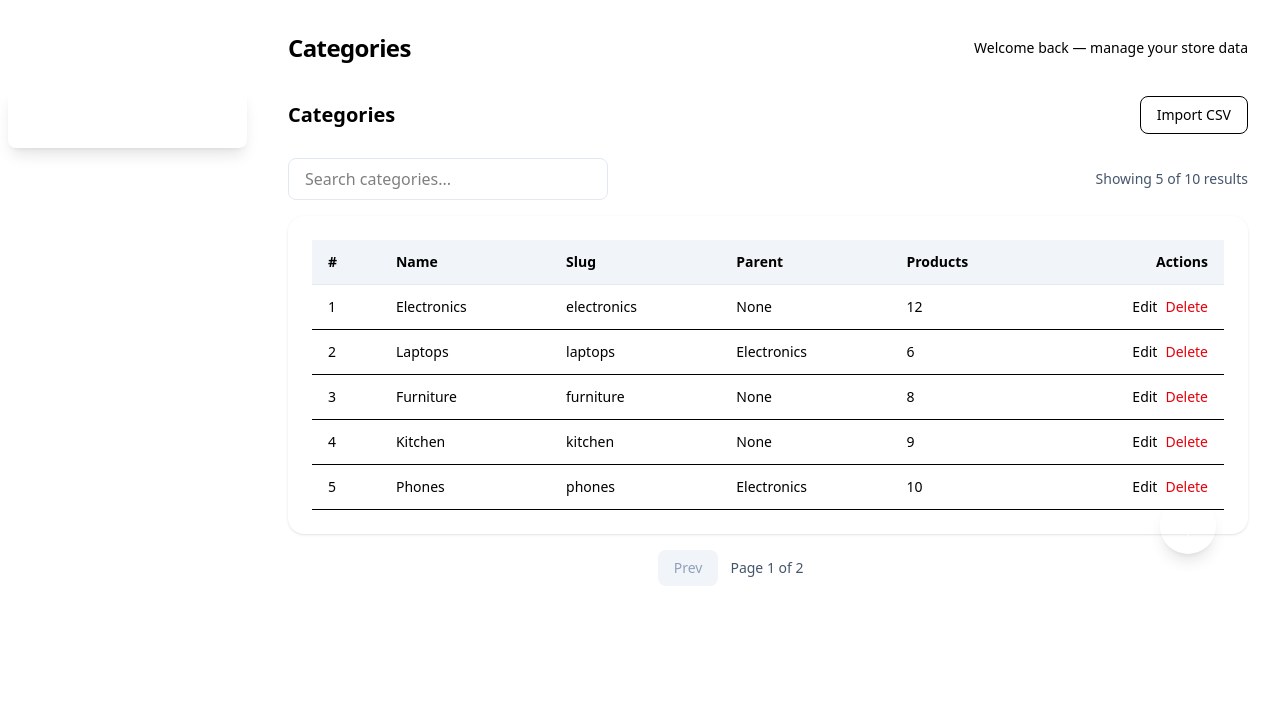
Repository: Ndegwa2/MulistorePOS
Page: /
An editor plug-in stored every save of this project. The page is shown before and after the next save, followed by the edit.
The browser window is 1280 px wide. The pictures show the whole page.
The project was rebuilt for these pictures with package versions that can differ from the ones it lists, and the page was loaded fresh each time. Also part of the build but not shown: vite.config.js, Frontend/EditModal.jsx, Frontend/DeleteConfirm.jsx, Frontend/subcategory.jsx, Frontend/brand.jsx, Frontend/productPanel.jsx, Frontend/stockPanel.jsx, Frontend/salesPanel.jsx and 5 more.

Above is the page before, as saved 2025-10-03 20:37:01.

### index.html
<!DOCTYPE html>
<html lang="en">
  <head>
    <meta charset="UTF-8" />
    <link rel="icon" type="image/svg+xml" href="/vite.svg" />
    <meta name="viewport" content="width=device-width, initial-scale=1.0" />
    <title>Multistore POS</title>
  </head>
  <body class="bg-secondary text-text">
    <div id="root"></div>
    <script type="module" src="/Frontend/main.jsx"></script>
  </body>
</html>

### Frontend/main.jsx
import React from 'react'
import ReactDOM from 'react-dom/client'
import './index.css'
import Dashboard from './dashboaord'

ReactDOM.createRoot(document.getElementById('root')).render(
  <React.StrictMode>
    <Dashboard />
  </React.StrictMode>,
)

### Frontend/dashboaord.jsx
import React, { useState } from "react";
import { Folder, Layers, Tag, Settings, LogOut, ChevronLeft, ChevronRight, Menu } from "lucide-react";

// Assume these exist in your project
import CategoryPanel from "./categoryPanel";
import SubCategoryPanel from "./subcategory";
import BrandPanel from "./brand";
import ProductPanel from "./productPanel";
import StockPanel from "./stockPanel";
import SalesPanel from "./salesPanel";
import AccountingPanel from "./accountingPanel";
import ReportsPanel from "./reportsPanel";
import QuotationsPanel from "./quotationsPanel";
import TransfersPanel from "./transfersPanel";
import UsersPanel from "./usersPanel";

const NAV = [
  { key: "categories", label: "Categories", icon: Folder },
  { key: "subcategories", label: "Subcategories", icon: Layers },
  { key: "brands", label: "Brands", icon: Tag },
  { key: "products", label: "Products", icon: Folder },
  { key: "stock", label: "Stock", icon: Layers },
  { key: "sales", label: "Sales", icon: Tag },
  { key: "accounting", label: "Accounting", icon: Folder },
  { key: "reports", label: "Reports", icon: Tag },
  { key: "quotations", label: "Quotations", icon: Folder },
  { key: "transfers", label: "Transfers", icon: Layers },
  { key: "users", label: "Users", icon: Tag },
];

export default function Dashboard() {
  const [active, setActive] = useState("categories");
  const [sidebarCollapsed, setSidebarCollapsed] = useState(false);

  // small helper for rendering the active panel
  function renderPanel() {
    if (active === "categories") return <CategoryPanel />;
    if (active === "subcategories") return <SubCategoryPanel />;
    if (active === "brands") return <BrandPanel />;
    if (active === "products") return <ProductPanel />;
    if (active === "stock") return <StockPanel />;
    if (active === "sales") return <SalesPanel />;
    if (active === "accounting") return <AccountingPanel />;
    if (active === "reports") return <ReportsPanel />;
    if (active === "quotations") return <QuotationsPanel />;
    if (active === "transfers") return <TransfersPanel />;
    if (active === "users") return <UsersPanel />;
    return <CategoryPanel />;
  }

  return (
    <div className="min-h-screen bg-background text-text flex">
      {/* Sidebar */}
      <aside
        className={`fixed left-0 top-0 h-screen bg-sidebar text-white border-r border-sidebar/20
                   flex flex-col justify-between transition-all duration-300 ${
                     sidebarCollapsed ? 'w-16' : 'w-64'
                   }`}
        aria-label="Sidebar"
      >
        <div>
          {/* Logo / Title and Collapse Toggle */}
          <div className="px-4 py-6 flex items-center justify-between">
            {!sidebarCollapsed && <div className="text-sm font-semibold">Multistore POS</div>}
            <button
              onClick={() => setSidebarCollapsed(!sidebarCollapsed)}
              className="p-1 rounded-md hover:bg-sidebar/20 transition-colors"
            >
              {sidebarCollapsed ? <ChevronRight className="w-4 h-4" /> : <ChevronLeft className="w-4 h-4" />}
            </button>
          </div>

          {/* Nav */}
          <nav className="mt-4 px-2" aria-label="Main navigation">
            {NAV.map((n) => {
              const Icon = n.icon;
              const isActive = active === n.key;
              return (
                <button
                  key={n.key}
                  onClick={() => setActive(n.key)}
                  className={`group w-full flex items-center gap-3 px-4 py-3 my-1 rounded-lg text-left
                              transition-all duration-200 hover:scale-105
                              ${isActive ? "bg-primary text-white shadow-lg shadow-primary/25" : "hover:bg-sidebar/20 text-white/80"}`}
                  aria-current={isActive ? "page" : undefined}
                >
                  <div className={`p-2 rounded-md ${isActive ? "bg-white/20" : "bg-transparent"}`}>
                    <Icon className="w-5 h-5 transition-colors" />
                  </div>
                  {!sidebarCollapsed && <span className="flex-1">{n.label}</span>}
                  {/* subtle chevron or count placeholder (optional) */}
                </button>
              );
            })}
          </nav>
        </div>

        {/* bottom area */}
        <div className="px-4 pb-6">
          <div className="border-t border-sidebar/20 pt-4 flex flex-col gap-2">
            <button className="flex items-center gap-3 px-3 py-2 rounded-lg hover:bg-sidebar/20 text-white/80 hover:text-white transition-all hover:scale-105">
              <Settings className="w-4 h-4" />
              {!sidebarCollapsed && <span className="text-sm">Settings</span>}
            </button>
            <button className="flex items-center gap-3 px-3 py-2 rounded-lg hover:bg-sidebar/20 text-white/80 hover:text-white transition-all hover:scale-105">
              <LogOut className="w-4 h-4" />
              {!sidebarCollapsed && <span className="text-sm">Logout</span>}
            </button>
          </div>
        </div>
      </aside>

      {/* Main content */}
      <main className="flex-1 ml-64 bg-secondary min-h-screen text-text p-8">
        {/* Top header (shows active panel name) */}
        <header className="mb-6">
          <div className="flex items-center justify-between">
            <h2 className="text-2xl font-semibold tracking-tight">
              {NAV.find((n) => n.key === active)?.label}
            </h2>
            <div className="text-sm text-text">Welcome back — manage your store data</div>
          </div>
        </header>

        {/* Content area with simple fade/slide animation */}
        <section
          key={active} /* remounts on active change to trigger transition */
          className="transition duration-300 ease-out transform opacity-0 translate-y-2 animate-fade-in"
          style={{ animationFillMode: "forwards", animationDuration: "220ms" }}
        >
          <div className="bg-transparent">
            {renderPanel()}
          </div>
        </section>
      </main>

      {/* small global styles for the fade-in animation (Tailwind can't define keyframes inline) */}
      <style>{`
        @keyframes fadeIn {
          from { opacity: 0; transform: translateY(6px); }
          to { opacity: 1; transform: translateY(0); }
        }
        .animate-fade-in {
          animation-name: fadeIn;
        }
      `}</style>
    </div>
  );
}

### Frontend/categoryPanel.jsx
import React, { useState } from "react";
import EditModal from "./EditModal";
import DeleteConfirm from "./DeleteConfirm";

export default function CategoryPanel() {
  const [categories, setCategories] = useState([
    { id: 1, name: "Electronics", slug: "electronics", parent: "None", count: 12 },
    { id: 2, name: "Laptops", slug: "laptops", parent: "Electronics", count: 6 },
    { id: 3, name: "Furniture", slug: "furniture", parent: "None", count: 8 },
    { id: 4, name: "Kitchen", slug: "kitchen", parent: "None", count: 9 },
    { id: 5, name: "Phones", slug: "phones", parent: "Electronics", count: 10 },
    { id: 6, name: "Accessories", slug: "accessories", parent: "Electronics", count: 4 },
    { id: 7, name: "Chairs", slug: "chairs", parent: "Furniture", count: 7 },
    { id: 8, name: "Tables", slug: "tables", parent: "Furniture", count: 5 },
    { id: 9, name: "Home Decor", slug: "home-decor", parent: "None", count: 11 },
    { id: 10, name: "Audio", slug: "audio", parent: "Electronics", count: 3 },
  ]);

  const [showModal, setShowModal] = useState(false);
  const [newCategory, setNewCategory] = useState({ name: "", slug: "", parent: "", description: "" });
  const [searchTerm, setSearchTerm] = useState("");
  const [currentPage, setCurrentPage] = useState(1);
  const itemsPerPage = 5;

  const [showEditModal, setShowEditModal] = useState(false);
  const [editingItem, setEditingItem] = useState(null);
  const [showDeleteConfirm, setShowDeleteConfirm] = useState(false);
  const [deletingItem, setDeletingItem] = useState(null);

  // Derived filtered categories
  const filtered = categories.filter(
    (c) =>
      c.name.toLowerCase().includes(searchTerm.toLowerCase()) ||
      c.slug.toLowerCase().includes(searchTerm.toLowerCase())
  );

  // Pagination logic
  const totalPages = Math.ceil(filtered.length / itemsPerPage);
  const paginated = filtered.slice((currentPage - 1) * itemsPerPage, currentPage * itemsPerPage);

  const handleAdd = () => setShowModal(true);

  const handleSave = () => {
    if (newCategory.name.trim() === "") return;
    setCategories([...categories, { ...newCategory, id: Date.now(), count: 0 }]);
    setNewCategory({ name: "", slug: "", parent: "", description: "" });
    setShowModal(false);
  };

  const handleSearch = (e) => {
    setSearchTerm(e.target.value);
    setCurrentPage(1);
  };

  const handleEdit = (item) => {
    setEditingItem(item);
    setShowEditModal(true);
  };

  const handleEditSave = (updated) => {
    setCategories(categories.map(c => c.id === updated.id ? updated : c));
    setShowEditModal(false);
  };

  const handleDelete = (item) => {
    setDeletingItem(item);
    setShowDeleteConfirm(true);
  };

  const handleDeleteConfirm = () => {
    setCategories(categories.filter(c => c.id !== deletingItem.id));
    setShowDeleteConfirm(false);
  };

  return (
    <div className="text-text font-sans">
      {/* Header */}
      <div className="flex flex-col sm:flex-row justify-between sm:items-center mb-6 gap-3">
        <h2 className="text-xl font-semibold">Categories</h2>
        <div className="flex gap-3">
          <button
            className="bg-primary text-white px-4 py-2 rounded-lg hover:bg-slate-700 text-sm"
            onClick={handleAdd}
          >
            + New Category
          </button>
          <button className="border border-primary text-primary px-4 py-2 rounded-lg hover:bg-slate-100 text-sm">
            Import CSV
          </button>
        </div>
      </div>

      {/* Search */}
      <div className="mb-4 flex justify-between items-center flex-wrap gap-3">
        <input
          type="text"
          placeholder="Search categories..."
          value={searchTerm}
          onChange={handleSearch}
          className="w-full sm:w-1/3 bg-white text-text px-4 py-2 rounded-lg border border-slate-200 focus:ring-2 focus:ring-primary outline-none"
        />
        <span className="text-sm text-slate-600">
          Showing {paginated.length} of {filtered.length} results
        </span>
      </div>

      {/* Table */}
      <div className="bg-white rounded-2xl shadow p-6 overflow-x-auto">
        <table className="w-full text-left border-collapse text-sm">
          <thead className="bg-slate-100 border-b border-slate-200">
            <tr>
              <th className="py-3 px-4">#</th>
              <th className="py-3 px-4">Name</th>
              <th className="py-3 px-4">Slug</th>
              <th className="py-3 px-4">Parent</th>
              <th className="py-3 px-4">Products</th>
              <th className="py-3 px-4 text-right">Actions</th>
            </tr>
          </thead>
          <tbody>
            {paginated.map((cat, idx) => (
              <tr key={cat.id} className="border-b hover:bg-slate-50">
                <td className="py-3 px-4">{(currentPage - 1) * itemsPerPage + idx + 1}</td>
                <td className="py-3 px-4">{cat.name}</td>
                <td className="py-3 px-4">{cat.slug}</td>
                <td className="py-3 px-4">{cat.parent}</td>
                <td className="py-3 px-4">{cat.count}</td>
                <td className="py-3 px-4 text-right space-x-2">
                  <button
                    onClick={() => handleEdit(cat)}
                    className="text-primary hover:underline"
                  >
                    Edit
                  </button>
                  <button
                    onClick={() => handleDelete(cat)}
                    className="text-red-600 hover:underline"
                  >
                    Delete
                  </button>
                </td>
              </tr>
            ))}
          </tbody>
        </table>
      </div>

      {/* Pagination Controls */}
      <div className="flex justify-center gap-3 mt-4">
        <button
          disabled={currentPage === 1}
          onClick={() => setCurrentPage(currentPage - 1)}
          className={`px-4 py-2 rounded-lg text-sm ${
            currentPage === 1 ? "bg-slate-100 text-slate-400" : "bg-primary text-white hover:bg-slate-700"
          }`}
        >
          Prev
        </button>
        <span className="text-slate-600 text-sm self-center">
          Page {currentPage} of {totalPages}
        </span>
        <button
          disabled={currentPage === totalPages}
          onClick={() => setCurrentPage(currentPage + 1)}
          className={`px-4 py-2 rounded-lg text-sm ${
            currentPage === totalPages
              ? "bg-slate-100 text-slate-400"
              : "bg-primary text-white hover:bg-slate-700"
          }`}
        >
          Next
        </button>
      </div>

      {/* Floating Add Button */}
      <button
        onClick={handleAdd}
        className="fixed bottom-8 right-8 bg-primary hover:bg-slate-700 w-14 h-14 flex items-center justify-center rounded-full shadow-lg text-white"
      >
        <span className="text-2xl">＋</span>
      </button>

      {/* Modal */}
      {showModal && (
        <div className="fixed inset-0 bg-black/50 flex items-center justify-center z-50">
          <div className="bg-white p-6 rounded-xl w-full max-w-md shadow-2xl border border-slate-200">
            <h2 className="text-lg font-semibold mb-4">Add New Category</h2>

            <div className="space-y-4">
              <div>
                <label className="text-sm text-slate-600">Name</label>
                <input
                  type="text"
                  value={newCategory.name}
                  onChange={(e) => setNewCategory({ ...newCategory, name: e.target.value })}
                  className="w-full mt-1 bg-white border border-slate-200 rounded-lg px-3 py-2 outline-none focus:ring-2 focus:ring-primary"
                />
              </div>
              <div>
                <label className="text-sm text-slate-600">Slug</label>
                <input
                  type="text"
                  value={newCategory.slug}
                  onChange={(e) => setNewCategory({ ...newCategory, slug: e.target.value })}
                  className="w-full mt-1 bg-white border border-slate-200 rounded-lg px-3 py-2 outline-none focus:ring-2 focus:ring-primary"
                />
              </div>
              <div>
                <label className="text-sm text-slate-600">Parent</label>
                <select
                  value={newCategory.parent}
                  onChange={(e) => setNewCategory({ ...newCategory, parent: e.target.value })}
                  className="w-full mt-1 bg-white border border-slate-200 rounded-lg px-3 py-2 outline-none focus:ring-2 focus:ring-primary"
                >
                  <option value="">None</option>
                  {categories
                    .filter((c) => c.parent === "None")
                    .map((c) => (
                      <option key={c.id}>{c.name}</option>
                    ))}
                </select>
              </div>
              <div>
                <label className="text-sm text-slate-600">Description</label>
                <textarea
                  rows="3"
                  value={newCategory.description}
                  onChange={(e) => setNewCategory({ ...newCategory, description: e.target.value })}
                  className="w-full mt-1 bg-white border border-slate-200 rounded-lg px-3 py-2 outline-none focus:ring-2 focus:ring-primary"
                ></textarea>
              </div>
            </div>

            <div className="flex justify-end gap-3 mt-6">
              <button
                onClick={() => setShowModal(false)}
                className="px-4 py-2 bg-slate-100 hover:bg-slate-200 rounded-lg"
              >
                Cancel
              </button>
              <button
                onClick={handleSave}
                className="px-4 py-2 bg-primary text-white hover:bg-slate-700 rounded-lg"
              >
                Save
              </button>
            </div>
          </div>
        </div>
      )}

      <EditModal
        isOpen={showEditModal}
        onClose={() => setShowEditModal(false)}
        onSave={handleEditSave}
        initialData={editingItem}
        fields={[
          { name: 'name', label: 'Name', type: 'text' },
          { name: 'slug', label: 'Slug', type: 'text' },
          { name: 'parent', label: 'Parent', type: 'select', options: ['None', ...categories.filter(c => c.parent === 'None').map(c => c.name)] },
          { name: 'description', label: 'Description', type: 'textarea' }
        ]}
      />

      <DeleteConfirm
        isOpen={showDeleteConfirm}
        onClose={() => setShowDeleteConfirm(false)}
        onConfirm={handleDeleteConfirm}
        itemName={deletingItem?.name}
      />
    </div>
  );
}

Loaded but not shown: Frontend/index.css (common file)

After the next save:
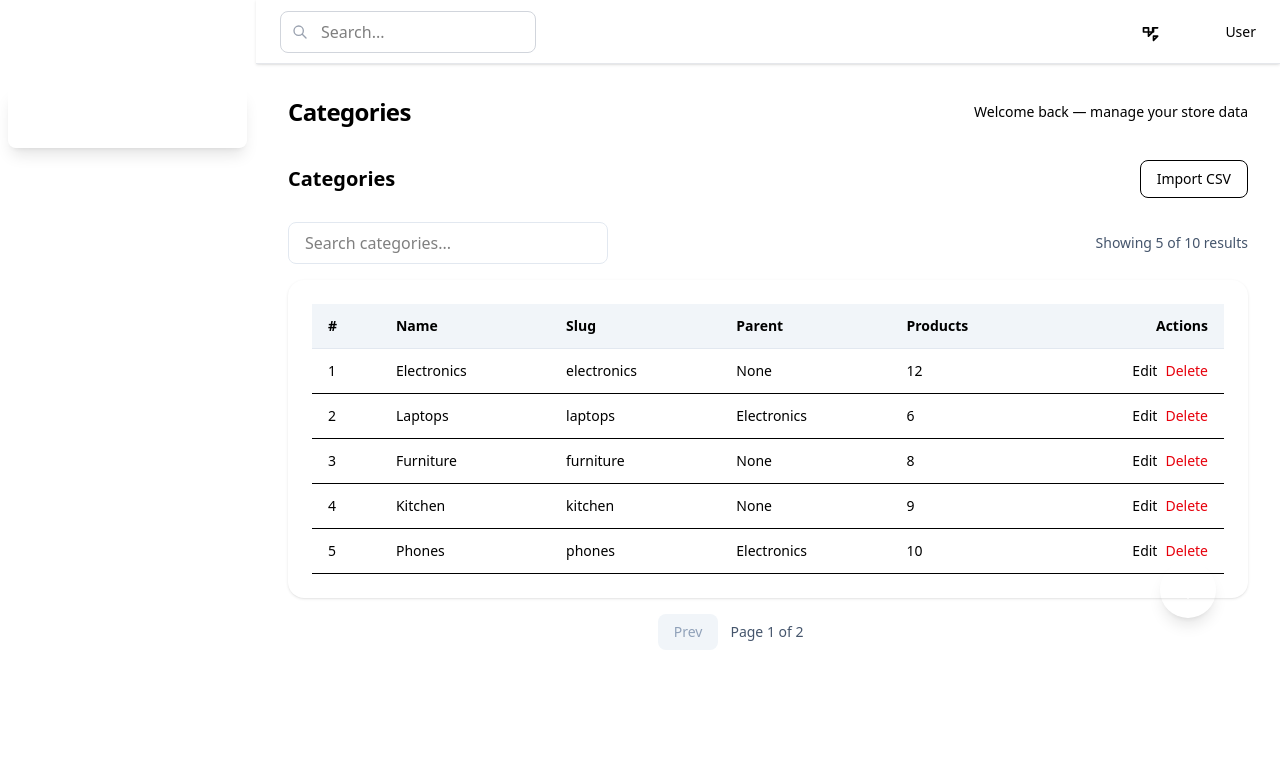
Saved 11 s later.
--- a/Frontend/dashboaord.jsx
+++ b/Frontend/dashboaord.jsx
@@ -110,8 +110,51 @@ export default function Dashboard() {
         </div>
       </aside>
 
+      {/* Top Bar */}
+      <header className={`fixed top-0 right-0 h-16 bg-white shadow-sm border-b border-gray-200 flex items-center justify-between px-6 transition-all duration-300 ${
+        sidebarCollapsed ? 'left-16' : 'left-64'
+      }`}>
+        <div className="flex items-center gap-4">
+          {/* Mobile menu button (for later) */}
+          <button className="md:hidden p-2 rounded-md hover:bg-gray-100">
+            <Menu className="w-5 h-5" />
+          </button>
+          {/* Search bar */}
+          <div className="relative">
+            <input
+              type="text"
+              placeholder="Search..."
+              className="w-64 px-4 py-2 pl-10 rounded-lg border border-gray-300 focus:outline-none focus:ring-2 focus:ring-primary focus:border-transparent"
+            />
+            <div className="absolute inset-y-0 left-0 pl-3 flex items-center pointer-events-none">
+              <svg className="w-4 h-4 text-gray-400" fill="none" stroke="currentColor" viewBox="0 0 24 24">
+                <path strokeLinecap="round" strokeLinejoin="round" strokeWidth={2} d="M21 21l-6-6m2-5a7 7 0 11-14 0 7 7 0 0114 0z" />
+              </svg>
+            </div>
+          </div>
+        </div>
+        <div className="flex items-center gap-4">
+          {/* Notifications */}
+          <button className="p-2 rounded-md hover:bg-gray-100 relative">
+            <svg className="w-5 h-5" fill="none" stroke="currentColor" viewBox="0 0 24 24">
+              <path strokeLinecap="round" strokeLinejoin="round" strokeWidth={2} d="M15 17h5l-5 5v-5zM15 7v5H9v-5H3v5h6v5l5-5V7h6z" />
+            </svg>
+            <span className="absolute -top-1 -right-1 bg-error text-white text-xs rounded-full w-5 h-5 flex items-center justify-center">3</span>
+          </button>
+          {/* User Profile */}
+          <div className="flex items-center gap-2">
+            <div className="w-8 h-8 bg-primary rounded-full flex items-center justify-center text-white font-semibold">
+              U
+            </div>
+            <span className="text-sm font-medium">User</span>
+          </div>
+        </div>
+      </header>
+
       {/* Main content */}
-      <main className="flex-1 ml-64 bg-secondary min-h-screen text-text p-8">
+      <main className={`flex-1 bg-background min-h-screen text-text p-8 transition-all duration-300 ${
+        sidebarCollapsed ? 'ml-16' : 'ml-64'
+      } mt-16`}>
         {/* Top header (shows active panel name) */}
         <header className="mb-6">
           <div className="flex items-center justify-between">
